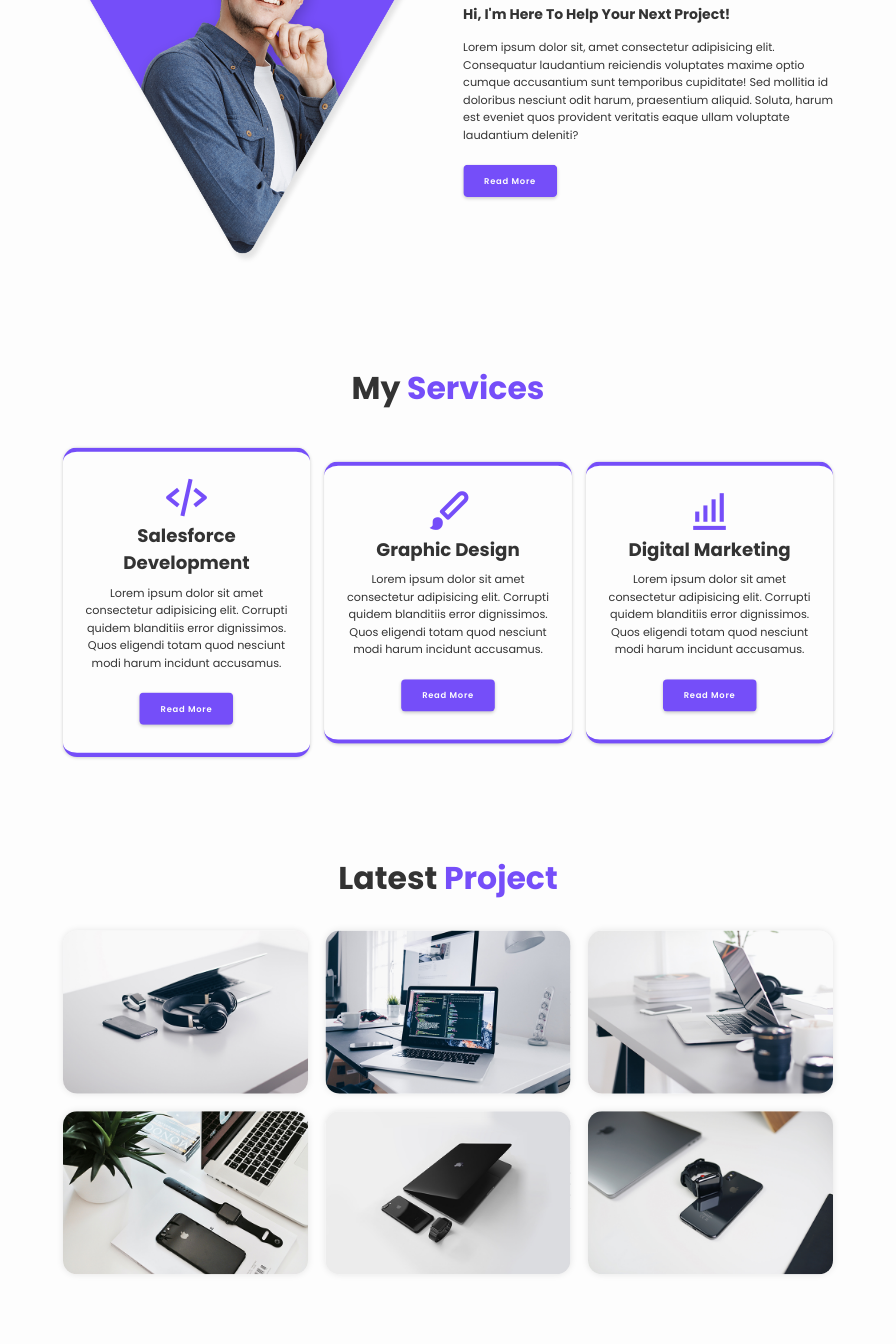
Repository: Gabi-Augusto/Portfolio
Page: index.html
The author's editor kept a copy of each file at every save. The page is drawn from the files as they stood at one save, then again after the next save.
The browser window is 1280 px wide. The pictures show the part of the page from y = 989 to 2909 px (the page is 2909 px tall), at 70% of full size.

Above is the page before, as saved 2023-11-29 19:10:23.

After the next save:
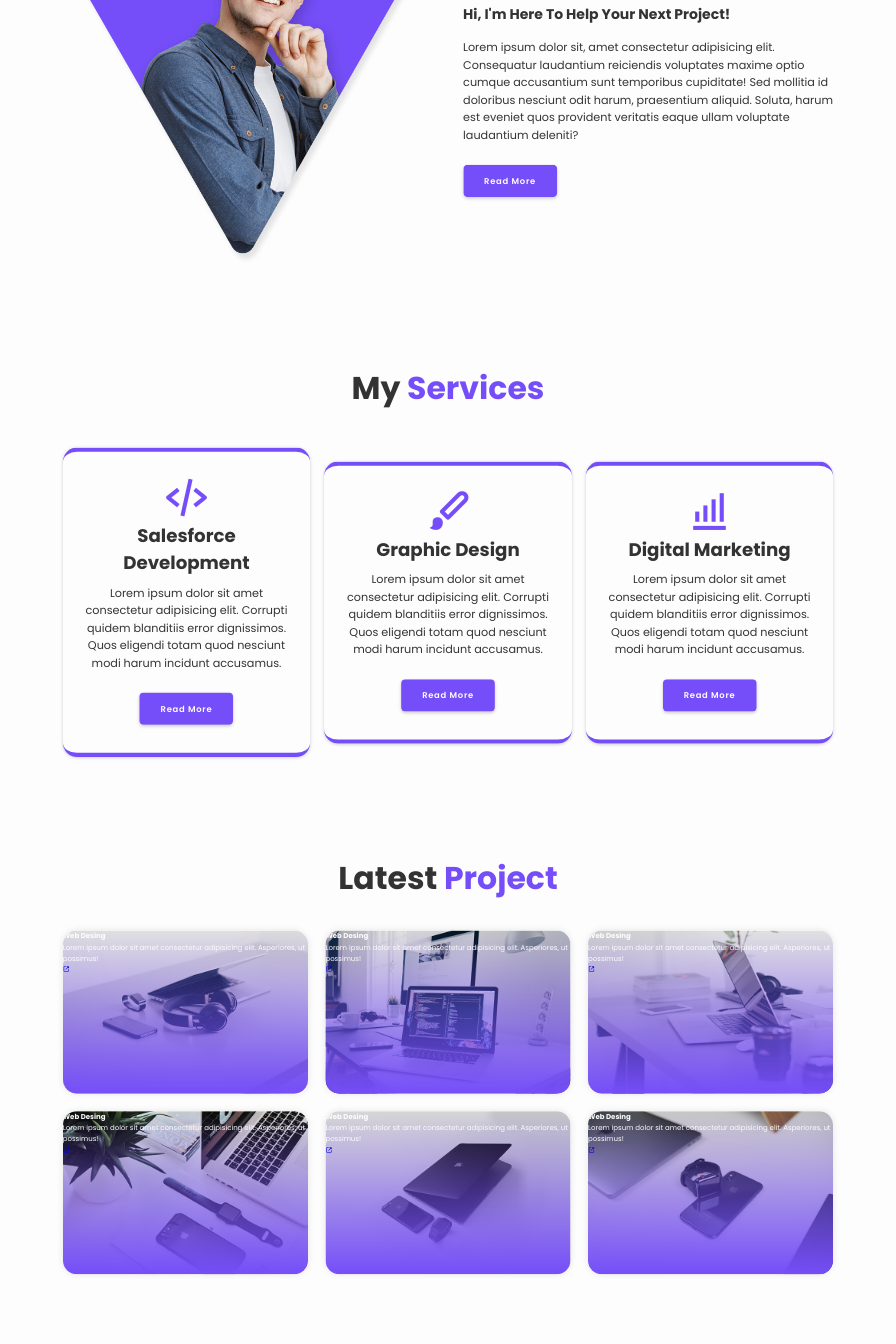
Saved 3 min 45 s later.
--- a/css/style.css
+++ b/css/style.css
@@ -364,3 +364,13 @@ span {
 .portfolio-box img {
     width: 100%;
 }
+
+.portfolio-box .portfolio-layer {
+    position: absolute;
+    bottom: 0;
+    left: 0;
+    width: 100%;
+    height: 100%;
+    background: linear-gradient(rgba(0, 0, 0, .1), var(--main-color));
+    color: var(--white-color);
+}
